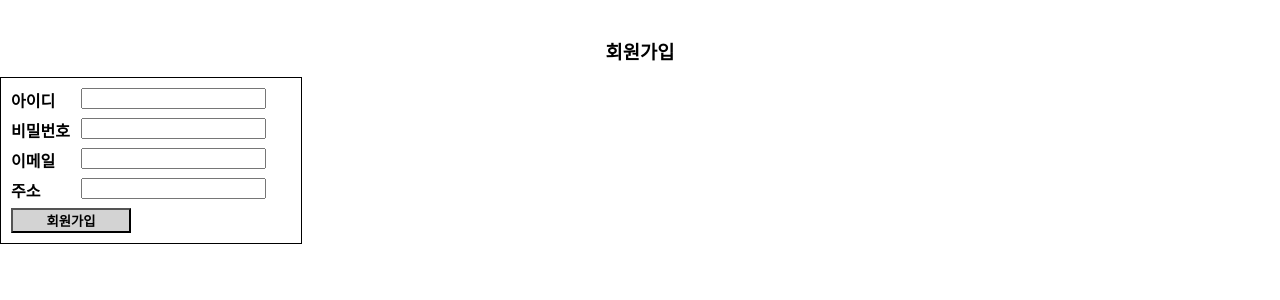
Repository: Gun-stack/jsp
Page: http://localhost/BankProj/Join.jsp
An editor plug-in stored every save of this project. The page is shown before and after the next save, followed by the edit.
The browser window is 1280 px wide. The pictures show the whole page.
The page is served by Tomcat 9. Other server files are loaded and not shown.

Above is the page before, as saved 2023-09-21 05:40:14.

### jsp_workspace/BankProj/BankProj/src/main/webapp/Join.jsp
<%@ page language="java" contentType="text/html; charset=UTF-8"
    pageEncoding="UTF-8"%>
<!DOCTYPE html>
<html>
<head>
<meta charset="UTF-8">
<title>Insert title here</title>
<style>
    body {
        margin: 0 auto;
    }

    .container {
        padding:10px;
        border: 1px solid;
        width:280px;
    }
    .header {
        height: 40px;
    }

    .row {
        height: 30px;
    }

    .title {
        width: 70px;
        float: left;
        font-weight: bold;
    }

    .input {
        float: left;
    }

    input[type='submit'] {
        font-weight: bold;
        width:120px;
        background-color: lightgrey;
    }
</style>
</head>
<body>
	<div>
        <form action="userInfo" method="post">
        	<br>
            <div class="header" style="text-align: center;">
                <h3>회원가입</h3>
            </div>
            <div class="container">
                  <div class="row">
                    <div class="title">아이디</div>
                    <div class="input"><input type="text" name="id"></div>
                </div>
                <div class="row">
                    <div class="title">비밀번호</div>
                    <div class="input"><input type="password" name="password"></div>
                </div>
                <div class="row">
                    <div class="title">이메일</div>
                    <div class="input"><input type="text" name="email"></div>
                </div>
                <div class="row">
                    <div class="title">주소</div>
                    <div class="input"><input type="text" name="address"></div>
                </div>
                <div class="button">
                    <input type="submit" id="makeBtn" value="회원가입">
                </div>
                <!-- <div class="button" style="text-align:center;">
                    <input type="submit" id="makeBtn" value="회원가입">
                </div> -->
            </div>
        </form>
    </div>
</body>
</html>

After the next save:
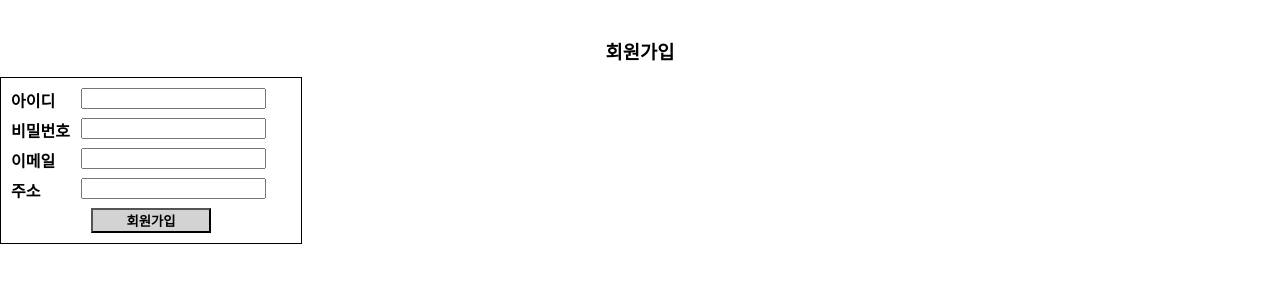
Saved 32 s later.
--- a/jsp_workspace/BankProj/BankProj/src/main/webapp/Join.jsp
+++ b/jsp_workspace/BankProj/BankProj/src/main/webapp/Join.jsp
@@ -64,12 +64,10 @@
                     <div class="title">주소</div>
                     <div class="input"><input type="text" name="address"></div>
                 </div>
-                <div class="button">
+                <div class="button" style="text-align:center;">
                     <input type="submit" id="makeBtn" value="회원가입">
                 </div>
-                <!-- <div class="button" style="text-align:center;">
-                    <input type="submit" id="makeBtn" value="회원가입">
-                </div> -->
+
             </div>
         </form>
     </div>
